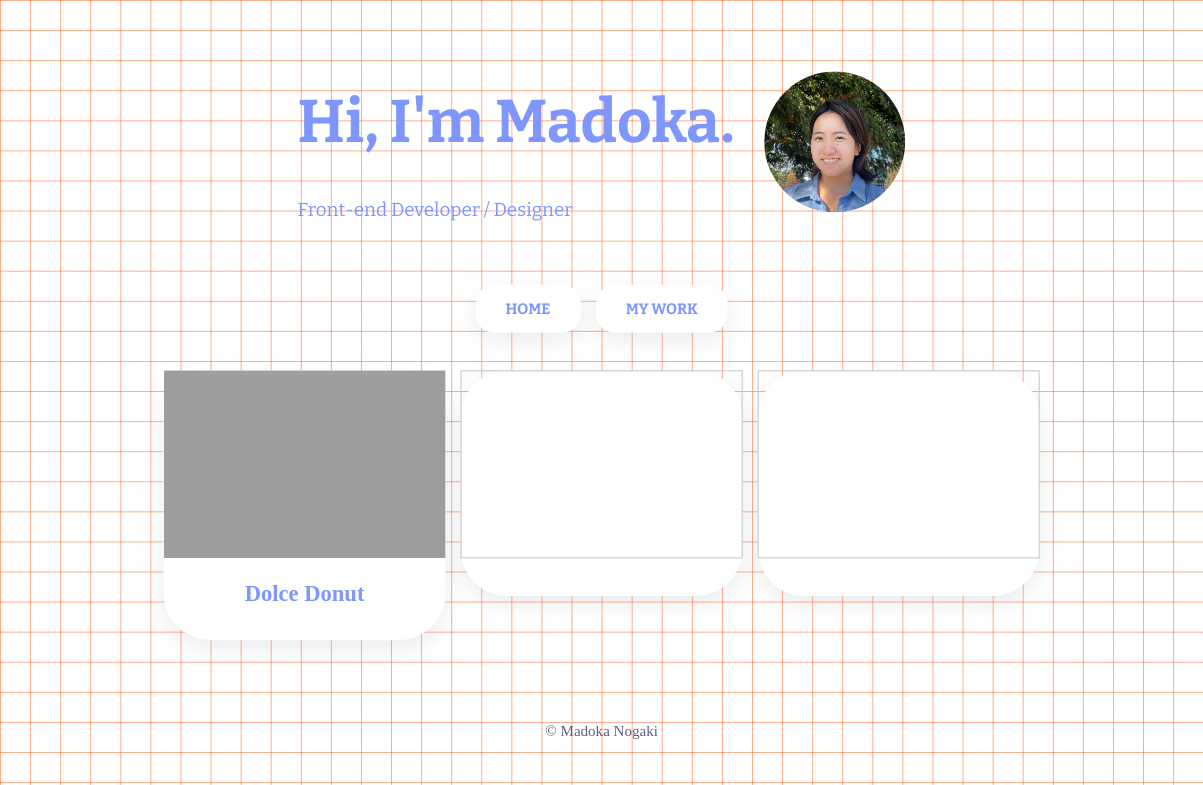
Repository: ohmaruko/portfolio
Page: /works
The author's editor kept a copy of each file at every save. The page is drawn from the files as they stood at one save, then again after the next save.
The browser window is 1280 px wide. The pictures show the whole page, at 94% of full size.
Pictures or frames that could not be fetched are drawn as grey boxes. The project was rebuilt for these pictures with package versions that can differ from the ones it lists, and the page was loaded fresh each time. The framework's server and built-in components were replaced by stand-ins that run in the browser. Also part of the build but not shown: next.config.mjs.

Above is the page before, as saved 2024-02-17 22:41:13.

After the next save:
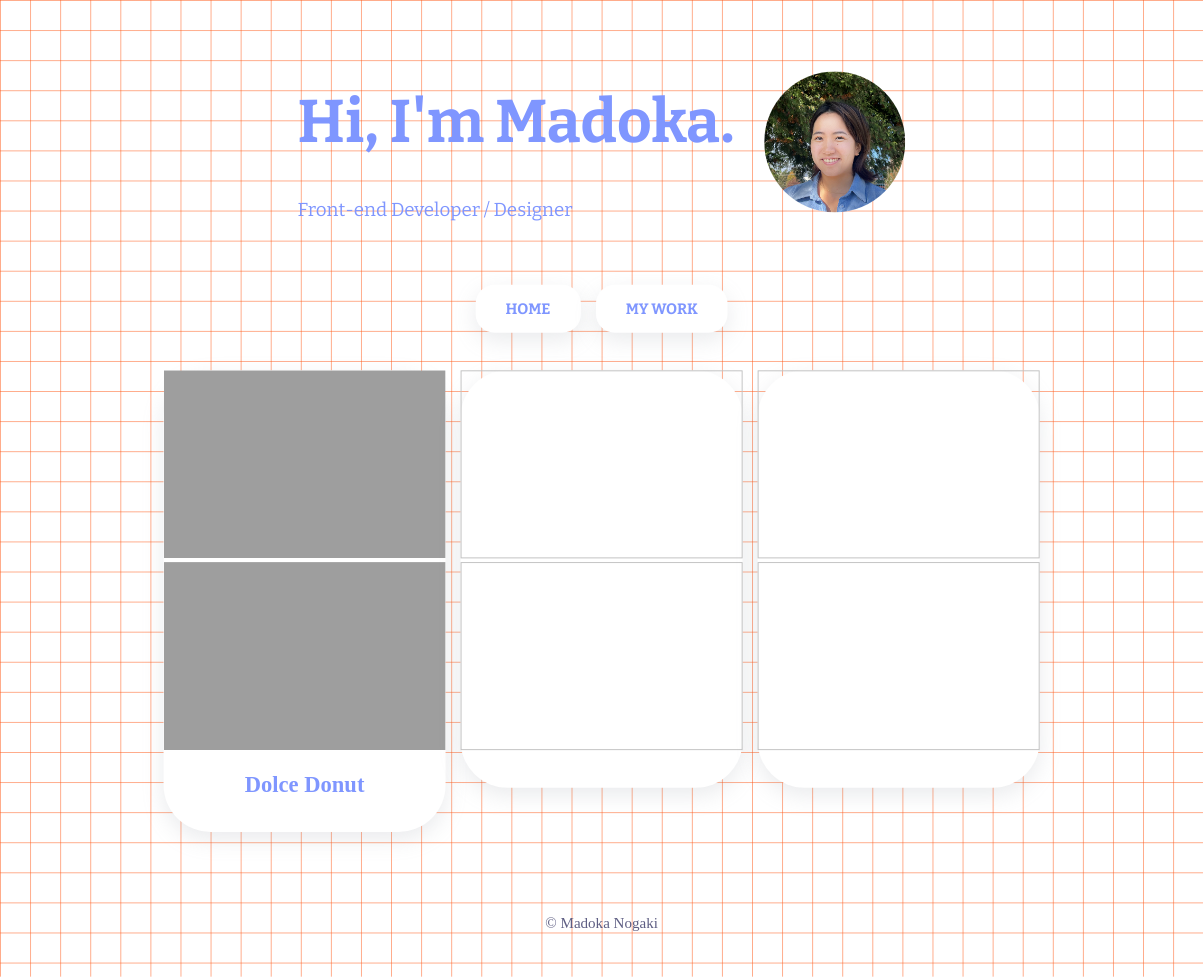
Saved 33 s later.
--- a/components/Box2/index.js
+++ b/components/Box2/index.js
@@ -12,6 +12,9 @@ export default function Box2({
             <a href={url}>
                 <Image src={image} width={300} height={200}/>
             </a>
+            <a href={url}>
+                <Image src={image} width={300} height={200}/>
+            </a>
             <h2 style={{color: "var(--blue)", textAlign: "center"}}>{title}</h2>
         </div>
     )
